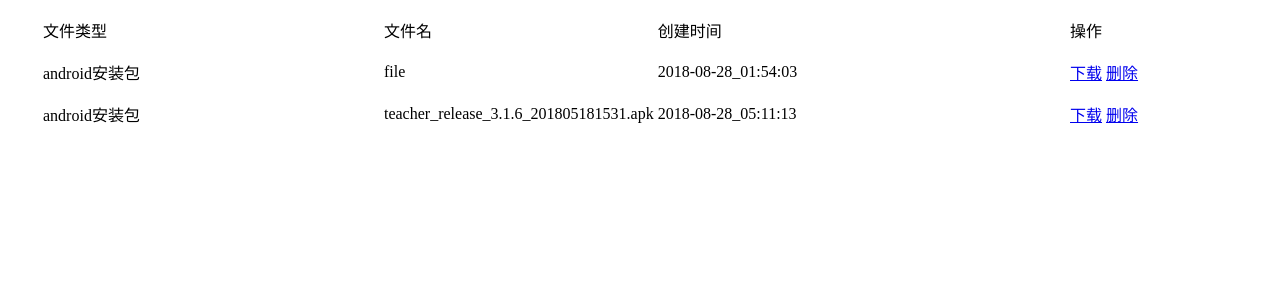
Repository: dingyuanzheng/webserver
Page: http://localhost/mock/fileList.jsp
The author's editor kept a copy of each file at every save. The page is drawn from the files as they stood at one save, then again after the next save.
The browser window is 1280 px wide. The pictures show the whole page.
The page is served by Tomcat 9. Other server files are loaded and not shown.

Above is the page before, as saved 2018-08-30 03:28:52.

### mock/WebRoot/fileList.jsp
<%@ page language="java" import="java.util.*" pageEncoding="utf-8"%>
<%
String path = request.getContextPath();
String basePath = request.getScheme()+"://"+request.getServerName()+":"+request.getServerPort()+path+"/";
%>

<!DOCTYPE HTML PUBLIC "-//W3C//DTD HTML 4.01 Transitional//EN">
<html>
  <head>
    <base href="<%=basePath%>">

    <title>爱学习资源服务</title>
	<meta http-equiv="pragma" content="no-cache">
	<meta http-equiv="cache-control" content="no-cache">
	<meta http-equiv="expires" content="0">
	<meta http-equiv="keywords" content="keyword1,keyword2,keyword3">
	<meta http-equiv="description" content="This is my page">

	<style type="text/css">
        #container {
            width: 1200px;
            margin-left: auto;
            margin-right: auto;
        }

        .mockName {
            height: 40px;
            width: 400px;
        }

        .mockUser {
            height: 40px;
            width: 120px;
        }

        .mockUrl {
            height: 40px;
            width: 480px;
        }
        .change{
            height: 40px;
            width: 200px;
        }
    </style>

  </head>

  <body>
  		 <div id="container">
		    <table>
		        <tr class="mockItem">
		            <td class="mockName">文件类型</td>
		            <td class="mockUser">文件名</td>
		            <td class="mockUrl">创建时间</td>
		            <td class="change">操作</td>
		        </tr>

		            <tr class="mockItem">
		                <td class="mockName">android安装包</td>
		                <td class="mockUser">file</td>
		                <td class="mockUrl">2018-08-28_01:54:03</td>
		                <td class="change">
		                    <a target="_blank" href="./file/downloadInfo?id=2">下载</a>
		                    <a target="_blank" href="###" onclick="deleteMock(2)">删除</a>
		                </td>
		            </tr>

		            <tr class="mockItem">
		                <td class="mockName">android安装包</td>
		                <td class="mockUser">teacher_release_3.1.6_201805181531.apk</td>
		                <td class="mockUrl">2018-08-28_05:11:13</td>
		                <td class="change">
		                    <a target="_blank" href="./file/downloadInfo?id=5">下载</a>
		                    <a target="_blank" href="###" onclick="deleteMock(5)">删除</a>
		                </td>
		            </tr>
		    </table>
		</div>
  </body>
</html>

After the next save:
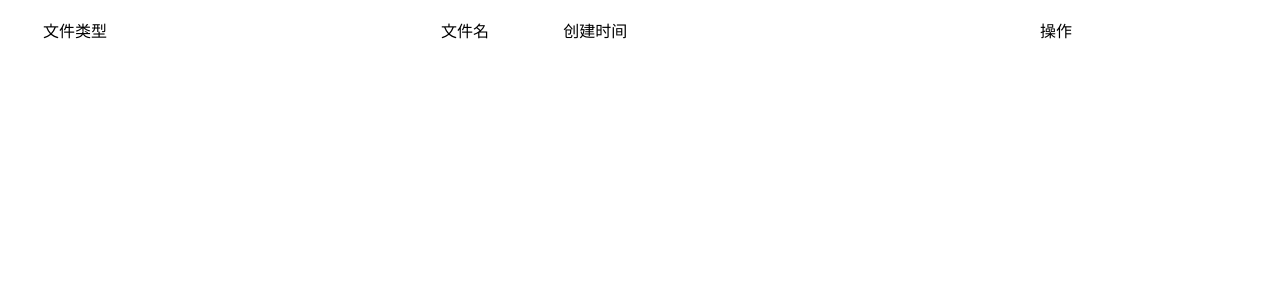
Saved 20 s later.
--- a/mock/WebRoot/fileList.jsp
+++ b/mock/WebRoot/fileList.jsp
@@ -54,26 +54,6 @@ String basePath = request.getScheme()+"://"+request.getServerName()+":"+request.
 		            <td class="mockUrl">创建时间</td>
 		            <td class="change">操作</td>
 		        </tr>
-
-		            <tr class="mockItem">
-		                <td class="mockName">android安装包</td>
-		                <td class="mockUser">file</td>
-		                <td class="mockUrl">2018-08-28_01:54:03</td>
-		                <td class="change">
-		                    <a target="_blank" href="./file/downloadInfo?id=2">下载</a>
-		                    <a target="_blank" href="###" onclick="deleteMock(2)">删除</a>
-		                </td>
-		            </tr>
-
-		            <tr class="mockItem">
-		                <td class="mockName">android安装包</td>
-		                <td class="mockUser">teacher_release_3.1.6_201805181531.apk</td>
-		                <td class="mockUrl">2018-08-28_05:11:13</td>
-		                <td class="change">
-		                    <a target="_blank" href="./file/downloadInfo?id=5">下载</a>
-		                    <a target="_blank" href="###" onclick="deleteMock(5)">删除</a>
-		                </td>
-		            </tr>
 		    </table>
 		</div>
   </body>
